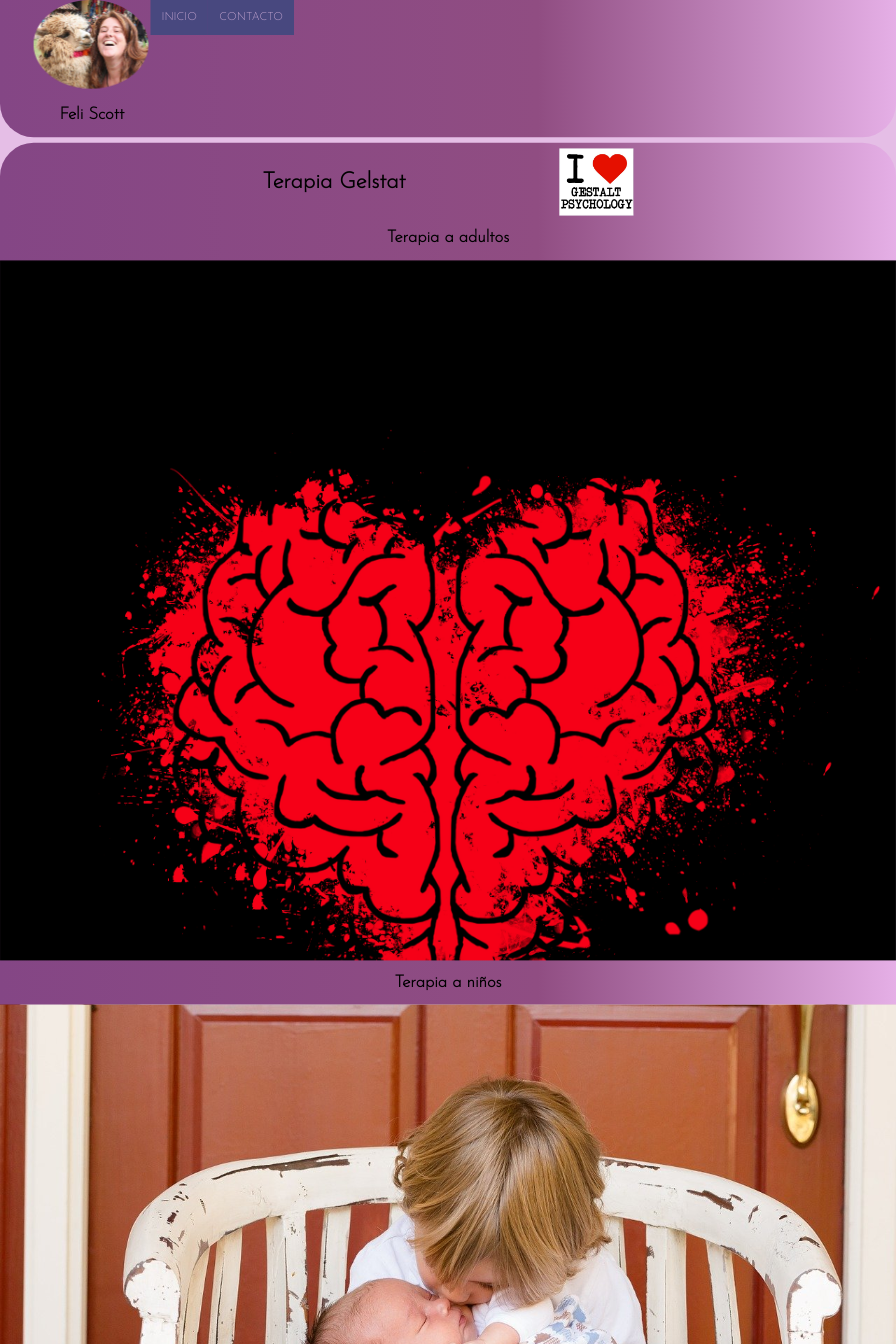
Repository: Jogalso/webPsicologa
Page: /
An editor plug-in stored every save of this project. The page is shown before and after the next save, followed by the edit.
The browser window is 1280 px wide. The pictures show the part of the page from y = 0 to 1920 px (the page is 5105 px tall before and 5113 px after), at 70% of full size.
Backgrounds fixed to the window are drawn as part of the page. The project was rebuilt for these pictures with package versions that can differ from the ones it lists, and the page was loaded fresh each time. Some packages were replaced by stand-ins written for this rebuild. The framework's server and built-in components were replaced by stand-ins that run in the browser.

Above is the page before, as saved 2021-07-13 11:49:36.

### pages/index.js
import React from 'react'
import Layout from '../components/Layout'

import Header from '../components/Header'
import Terapias from '../components/Terapias'
import FormularioContacto from '../components/FormularioContacto'
import Footer from '../components/Footer'

export default function index() {
    return (
        <div>
            <Layout>
                <Header />
                <Terapias />
                <FormularioContacto />
                <Footer />
            </Layout>
        </div>
    )
}

### components/Layout.jsx
('use strict')
import Link from 'next/link';
import Head from 'next/head';
import React from 'react'

function Layout(props) {
    const {children, title} = props;
    return <div>
    <Head >
    <title>Terapia Gestalt: {title}</title>
        <meta name="viewport" content="width=device-width, initial-scale=1"></meta>
    </Head>
    {children}
    <style jsx global>
    {`
        html{
            background: #E5BEE6;
        }
    `}
    </style>
    <style jsx global>
        { `
           @import url('https://fonts.googleapis.com/css2?family=Josefin+Sans:wght@200&display=swap');
           body{
               max-width; 100%;
               width: 100%;
               margin: 0px;
               font-family:  'Josefin Sans', sans-serif;
           }
           @font-face {
               font-family: 'RymanEco';
               src: url('/fonts/RymanEco/RymanEco-Regular.otf');
           }
        `}
    </style>
</div>
}

export default Layout

### components/Header.jsx
import React from 'react'
import Link from 'next/link';
export default function Header() {
    return (
        <div>
            <div className="Header">
                <div className="InfoTerapetua">
                    <img className="InfoTerapetua__img" src="../imagenes/principal.png" />
                    <h2>Feli Scott</h2>
                </div>
                <div className="botones">
                    <Link href="/">
                        <a target="_blank">
                            Inicio
                        </a>
                    </Link>
                    <Link href="/contacto">
                        <a target="_blank">
                            Contacto
                        </a>
                    </Link>
                </div>
            </div>

            <style>
                {`
                    .Header{
                        background: linear-gradient(90deg, #844685 0, #904D82 60%, #E5AFE6);
                        border-bottom-right-radius: 3em;
                        border-bottom-left-radius: 3em;
                        margin-bottom: 0.5em;
                        display: flex;
                        justify-content: space-around;
                    }
                    .InfoTerapetua{
                        margin-left: 3em;
                        text-align: center;
                    }
                    .InfoTerapetua__img{
                        height: 6em;
                        width: auto;
                    }
                    .botones{

                    }
                    .botones a{
                        color: #E5BEE6;
                        background-color: #48487f;
                        display: inline-block;
                        text-transform: uppercase;
                        padding: 0.8em 1em;
                        text-decoration: none;
                        line-height: 1.5em;
                    }
                `}
            </style>
        </div>
    )
}

### components/Terapias.jsx
import React from 'react'

export default function Terapias() {
    return (
        <div>
            <div className="Terapias">
                <div className="Terapia__titulo">
                    <h1>Terapia Gelstat</h1>
                    <p></p>
                    <img className="Terapias__img" src="../imagenes/ILoveGestalt.png"/>
                </div>
                <div className="Terapia_modalidades">
                    <h2>Terapia a adultos</h2>
                    <div className="TerapiaPersonal"></div>

                    <h2>Terapia a niños</h2>
                    <div className="TerapiaNiños"></div>

                    <h2>Terapia a adolescentes</h2>
                    <div className="TerapiaAdolescentes"></div>

                    <h2>Terapia familiar</h2>
                    <div className="TerapiaFamiliar"></div>
                </div>
            </div>

            <style>
                {`
                    .Terapias{
                        background: linear-gradient(90deg, #844685 0, #904D82 60%, #E5AFE6);
                        border-top-right-radius: 3em;
                        border-top-left-radius: 3em;
                        text-align: center;
                    }
                    .Terapias h1{
                        padding-top: 1em;
                        margin-top: 0px;
                    }
                    .Terapias__img{
                        height: 6em;
                        width: auto;
                    }
                    .Terapia_modalidades{
                        width: 100%;
                    }
                    .Terapia__titulo{
                        margin-left: auto;
                        margin-right: auto;
                        padding-top: 0.5em;
                        max-width: 50%;
                        display: flex;
                        justify-content: space-around;
                    }
                    .TerapiaPersonal{
                        min-height: 1000px;
                        background-image: url("../imagenes/heart_1920.png");
                        background-repeat: no-repeat;
                        background-size: cover;
                        background-attachment: fixed;
                        background-position: right center;
                        margin-bottom 2em;
                    }
                    .TerapiaNiños{
                        min-height: 1000px;
                        background-image: url("../imagenes/niños_1280.jpg");
                        background-repeat: no-repeat;
                        background-size: cover;
                        background-attachment: fixed;
                        background-position: right center;
                    }
                    .TerapiaAdolescentes{
                        min-height: 1000px;
                        background-image: url("../imagenes/jovenes_1280.jpg");
                        background-repeat: no-repeat;
                        background-size: cover;
                        background-attachment: fixed;
                        background-position: right center;
                    }
                    .TerapiaFamiliar{
                        min-height: 1000px;
                        background-image: url("../imagenes/familias_1280.jpg");
                        background-repeat: no-repeat;
                        background-size: cover;
                        background-attachment: fixed;
                        background-position: right center;
                    }

                `}
            </style>
        </div>
    )
}

### components/FormularioContacto.jsx
import React from 'react'

import {useField} from '../hooks/useField'

const FormularioContacto = () => {

    //estado del nombre de usuario para login
    const {
        value: valueNombre,
        setValue: setValueNombre,
        errors: errorsNombre, //esta variable debe contener un String para mostrarlo como mensaje de validacion personalizado en los input text agnosticos
        addError: addErrorNombre, //metodo para añadir o concatener nuevos mensajes al String de errorsNombre
      } = useField({ initialValue: ' ' });

    const {
        value: valueEmail,
        setValue: setValueEmail,
        errors: errorsEmail, //esta variable debe contener un String para mostrarlo como mensaje de validacion personalizado en los input text agnosticos
        addError: addErrorEmail, //metodo para añadir o concatener nuevos mensajes al String de errorsNombre
      } = useField({ initialValue: ' ' });

    const {
        value: valueTelefono,
        setValue: setValueTelefono,
        errors: errorsTelefono, //esta variable debe contener un String para mostrarlo como mensaje de validacion personalizado en los input text agnosticos
        addError: addErrorTelefono, //metodo para añadir o concatener nuevos mensajes al String de errorsNombre
      } = useField({ initialValue: ' ' });

    const {
        value: valueMotivo,
        setValue: setValueMotivo,
        errors: errorsMotivo, //esta variable debe contener un String para mostrarlo como mensaje de validacion personalizado en los input text agnosticos
        addError: addErrorMotivo, //metodo para añadir o concatener nuevos mensajes al String de errorsNombre
      } = useField({ initialValue: ' ' });

    //metodo de adicion de errores
    const onFieldError = React.useCallback(
        ({ message, path }) => {
          switch (path[0]) {
            case "nombre":
                addErrorNombre(e.target.value)
                break;
            case "email":
                addErrorEmail(e.target.value)
                break;
             case "telefono":
                addErrorTelefono(e.target.value)
                break;
             case "motivo":
                addErrorMotivo(e.target.value)
                break;
          }
        },
        [addErrorNombre, addErrorEmail, addErrorTelefono, addErrorMotivo]
      );
    //metodo para el manejo del cambio de datos en los campos
    const handleChange = (e) => {
        switch (e.target.name){
           case "nombre":
               setValueNombre(e.target.value)
               break;
           case "email":
               setValueEmail(e.target.value)
               break;
            case "telefono":
                setValuePais(e.target.value)
                break;
            case "motivo":
                setValueMotivo(e.target.value)
                break;
       }
   }

    const onSubmit = (e) => {
        e.preventDefault();
        fetch('/api/send-email', {
          method: 'POST',
          headers: { 'Content-Type': 'application/json' },
          body: JSON.stringify({ nombre: valueNombre, email: valueEmail, telefono: valueTelefono, motivo: valueMotivo })
        });
        alert("Contact email has been sent successfully")
        window.location.href= "/";
    }
    return (

            <React.Fragment>
                <div className="container">
                    <div className="banner" />
                    <div className="formulario">
                        <form
                            className="ContactForm"
                            onSubmit={onSubmit}
                        >
                            <div className="titulo">
                                <span className="Titulo">Contacto</span>
                            </div>
                            <div className="inputs">
                                <div className="contenedorInput">
                                    <span>Nombre</span>
                                    <input
                                        name="nombre"
                                        type="text"
                                        required="true"
                                        title="Tu nombre y apellidos, para saber como dirigirnos a ti"
                                        className="nombre"
                                        onChange={handleChange}
                                    />
                                </div>
                                <div className="contenedorInput">
                                    <span>Correo Electronico</span>
                                    <input
                                        name="email"
                                        type="email"
                                        title="Un correo electronico que se de tu uso habitual"
                                        required="true"
                                        className="email"
                                        onChange={handleChange}
                                    />
                                </div>
                                <div className="contenedorInput">
                                    <span>Telefono</span>
                                    <input
                                        name="nombre"
                                        type="tel"
                                        pattern="[ +][0-9]{3} [0-9]{3} [0-9]{2} [0-9]{2} [0-9]{2}"
                                        title="Un numero de telefono con la posibilidad de +000 de la procedencia, seguido de 9 digitos entre el 0 al 9"
                                        required="true"
                                        className="nombre"
                                        onChange={handleChange}
                                    />
                                </div>
                            </div>
                            <div className="containerMotivo">
                                <span className="spanMotivo">Motivo</span>
                                <textarea
                                    name="motivo"
                                    type="text"
                                    title="Explicar brevemente el motivo de contacto"
                                    className="inputFormMotivo"
                                    onChange={handleChange}
                                />
                                </div>
                            <div className="boton">
                                <button
                                    className="submitForm"
                                >
                                    Enviar
                                </button>
                            </div>
                        </form>
                    </div>
                    <div className="banner" />
                </div>

                <style jsx>
                    {`
                       .container{
                           width: 100%;
                           display: flex;
                           background:linear-gradient(90deg, #844685 0, #904D82 60%, #E5AFE6);
                           color: #E5BEE6;
                       }
                       .formulario{
                           display: flex;
                           justify-content: center;
                           text-align: center;
                           width: 70%;
                       }
                       .banner{
                         width: 25%;
                        }
                        .inputs{
                            display: flex;
                        }
                        .inputs div {
                            text-align: center;
                            margin: 10px;
                            padding: 20px;
                            font-size: 30px;
                        }
                        .inputs span{
                            font-family: 'RymanEco';
                        }
                        .contenedorInput{
                            display: grid;
                            jusfify-content: center;
                            margin: auto;
                        }
                       .Titulo{
                            font-family: 'RymanEco';
                            padding-top: 1rem;
                            display: flex;
                            justify-content: center;
                            font-size: 3em;
                       }
                       input{
                           padding: 0.8em;
                           text-rendering: optimizeLegibility;
                       }
                       .email{
                           width: 30em;
                       }
                       .containerMotivo{
                           display: grid;
                           max-width: 100%;
                           justify-content: center;
                       }
                       .containerMotivo span{
                            font-size: 30px;
                            font-family: 'RymanEco';
                       }
                       .inputFormMotivo{
                            max-width: 100%;
                            width: 60em;
                            height: 10em;
                            text-rendering: optimizeLegibility;
                            padding: 0.8em;
                            resize: none;
                            border-radius: 4px;
                            border: 2px solid #ccc;
                       }
                       .submitForm{
                            box-sizing: border-box;
                            color: #fff;
                            cursor: pointer;
                            display: inline-block;
                            border: none;
                            display: block;
                            margin-left: auto;
                            margin-right: auto;
                            margin-bottom: 2em;
                            margin-top: 2em;
                            background-color: #0a8ecd;
                            box-shadow: 0 2px 13px 0 rgba(4,116,186,0.5);
                            border-radius: 0 3px 3px 0;
                            flex-shrink: 0;
                            padding: 10px 1rem;
                            height: 50px;
                            margin-bottom: 25px;
                            font-size: 1.2rem;
                       }
                       @media only screen and (max-width: 1600px){
                            .email{
                                width: 20em;
                            }
                        }
                        @media only screen and (max-width: 1400px){
                            .banner{
                                width: 15%;
                            }
                        }
                        @media only screen and (max-width: 1200px){
                            .banner{
                                width: 5%;
                            }
                            .formulario{
                                width: 90%;
                            }
                        }
                        @media only screen and (max-width: 1000px){
                            .banner{
                                width: 0%;
                            }
                            .formulario{
                                width: 100%;
                            }
                        }
                        @media only screen and (max-width: 900px){
                            .formulario{
                                width: 100%;
                                justify-content: center;
                            }
                            .ContactForm{
                                max-width: 100%;
                            }
                            .inputs{
                                flex-direction: column;
                                margin: auto;
                            }
                            .email{
                                width: 100%;
                                max-width: 100%;
                            }
                            .nombre{
                                width: 100%;
                                max-width: 100%;
                            }
                            .containerMotivo{
                                display; flex;
                                flex-direction: column;
                            }
                            .inputFormMotivo{
                                width: 30em;
                                max-width: 90%;
                                margin-left: 2em;
                            }
                        }
                        @media only screen and (max-width: 600px){
                            .inputFormMotivo{
                                width: 20rem;
                            }
                        }
                        @media only screen and (max-width: 420px){
                            .inputs{
                                max-width: 80%;
                            }
                            .inputFormMotivo{
                                width: 15rem;
                                max-width: 80%;
                                margin-left: 1em;s
                            }
                        }
                    `}
                </style>
            </React.Fragment>
    )
}

export default FormularioContacto

### components/Footer.jsx
import Link from 'next/link'

export default function Footer() {
    return (
        <div>
            <div className="Header">
                <Link href="/terms">
                    <a target="_blank">
                        Terminos
                    </a>
                </Link>
                <Link href="/privacy">
                    <a target="_blank">
                        Politica privacidad
                    </a>
                </Link>
                <Link href="/about">
                    <a target="_blank">
                        About
                    </a>
                </Link>
            </div>

            <style>
                {`
                    .Header{
                        background: linear-gradient(90deg, #844685 0, #904D82 60%, #E5AFE6);
                        display: flex;
                        justify-content: left;
                        border-bottom-right-radius: 3em;
                        border-bottom-left-radius: 3em;
                    }
                    .InfoTerapetua{
                        margin-left: 3em;
                        text-align: center;
                    }
                    .InfoTerapetua__img{
                        height: 8em;
                        width: auto;
                    }
                `}
            </style>
        </div>
    )
}

### hooks/useField.js
import React, {useState, useReducer} from 'react'
const errorInicial = [ ]
function adder(errors, action) {
    return errors.join(action.message)
}
export function useField({ initialValue }) {

    const [value, setValue] = useState(initialValue)
    const [errors, addError] = useReducer(adder, errorInicial)

    return { value, setValue, errors, addError}
}

After the next save:
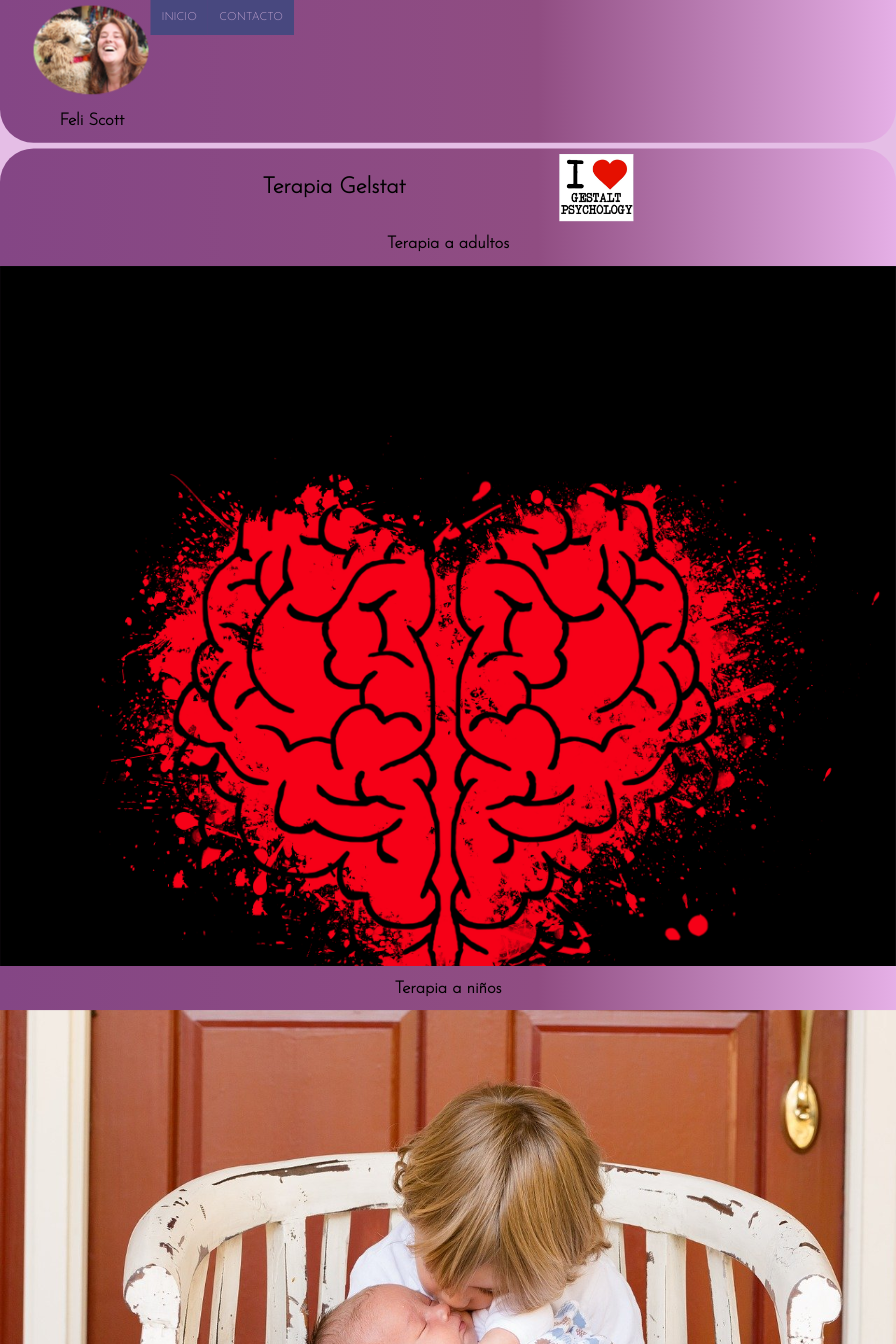
Saved 27 s later.
--- a/components/Header.jsx
+++ b/components/Header.jsx
@@ -33,6 +33,7 @@ export default function Header() {
                         justify-content: space-around;
                     }
                     .InfoTerapetua{
+                        padding-top: 0.5em;
                         margin-left: 3em;
                         text-align: center;
                     }
